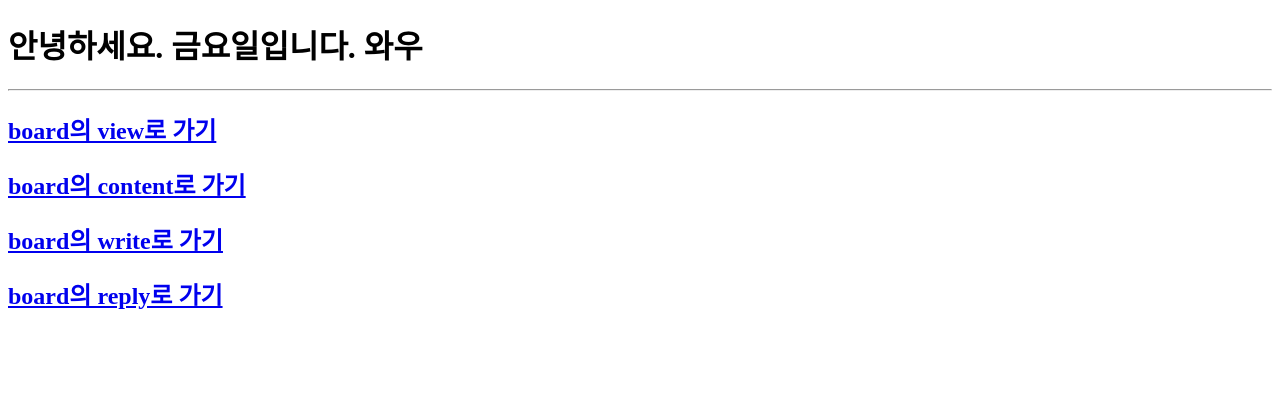
Repository: AsnemBlue/spring_Note
Page: http://localhost/ch09_controller/
These files come from the project's save history. The page is drawn as it stood at one moment and after the next save; the edit follows.
The browser window is 1280 px wide. The pictures show the whole page.
The page is served by Tomcat 9. The template is opened directly, without the code that normally fills it, so the values that code supplies are empty.

Above is the page before, as saved 2020-03-27 07:16:32.

After the next save:
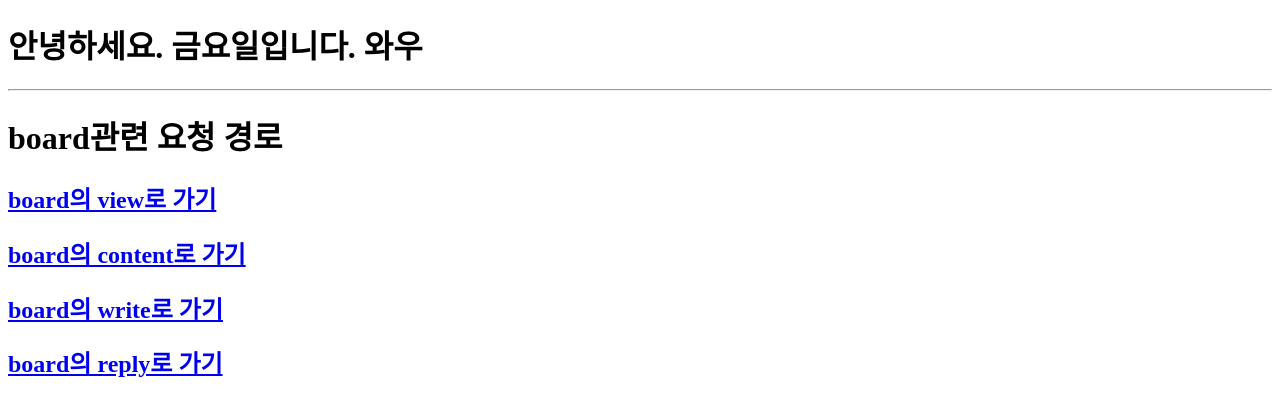
Saved 25 s later.
--- a/ch09_controller/src/main/webapp/WEB-INF/views/main.jsp
+++ b/ch09_controller/src/main/webapp/WEB-INF/views/main.jsp
@@ -11,6 +11,7 @@
 <body>
 	<h1>${greeting }</h1>
 	<hr>
+	<h1>board관련 요청 경로</h1>
 	<h2><a href="${conPath }/board/view">board의 view로 가기</a></h2>
 	<h2><a href="${conPath }/board/content">board의 content로 가기</a></h2>
 	<h2><a href="${conPath }/board/write">board의 write로 가기</a></h2>
